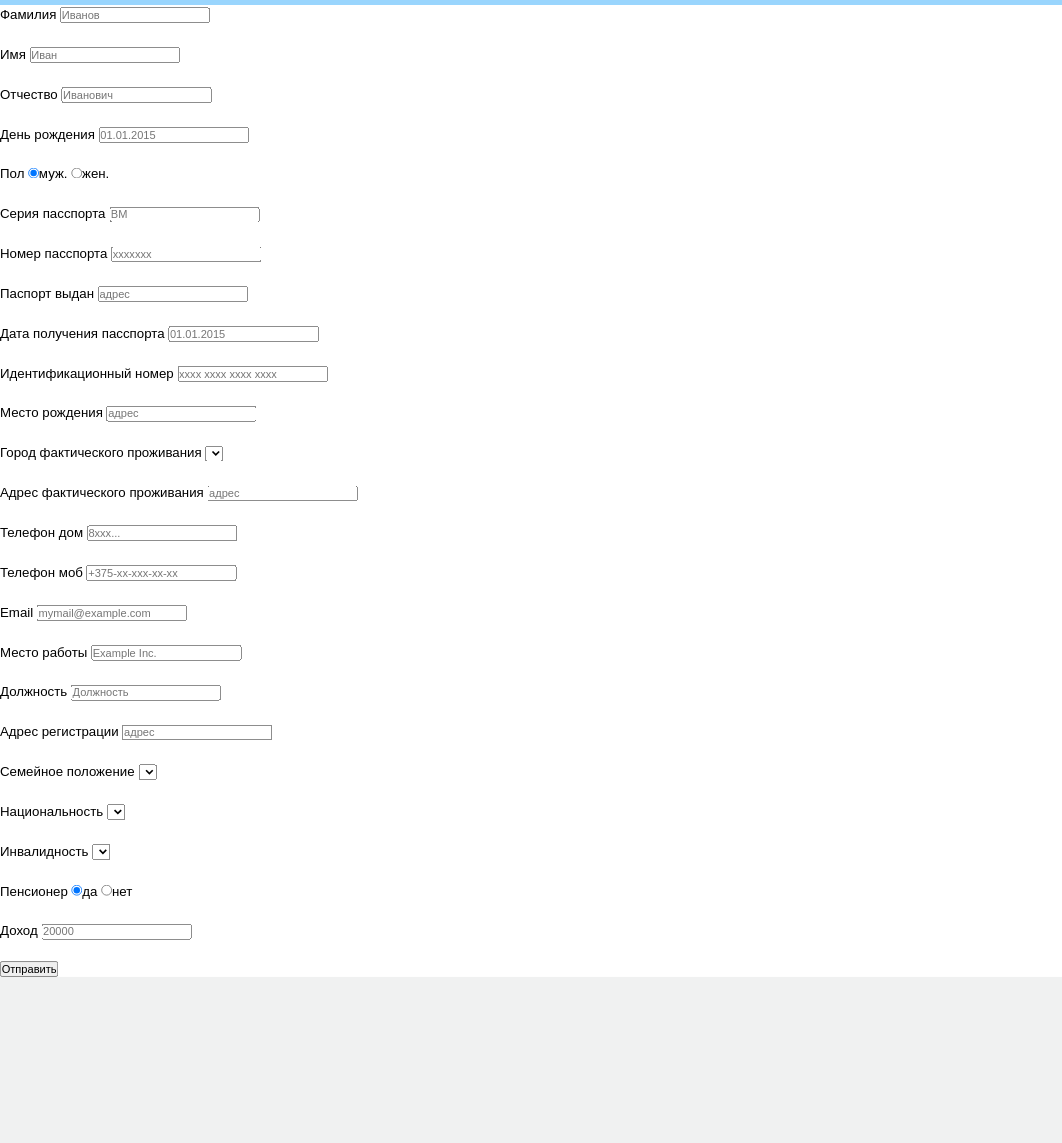
Repository: Westerte/JavaDevelopmentMay2015
Page: http://localhost/bank/jsp/common/edit.jsp
These files come from the project's save history. The page is drawn as it stood at one moment and after a run of saves; the edit follows.
The browser window is 1280 px wide. The pictures show the whole page, at 83% of full size.
The page is served by Tomcat 9. Other server files are loaded and not shown. The template is opened directly, without the code that normally fills it, so the values that code supplies are empty.

Above is the page before, as saved 2015-10-04 09:04:24.

### workspace/bank/WebContent/jsp/common/edit.jsp
<%@ page language="java" contentType="text/html; charset=UTF-8"
    pageEncoding="UTF-8"%>
    <%@ taglib prefix="c" uri="http://java.sun.com/jsp/jstl/core" %>
<%@ taglib prefix="ctg" uri="/WEB-INF/tld/custom.tld" %>
<%@ taglib prefix="fmt" uri="http://java.sun.com/jsp/jstl/fmt" %>
<fmt:setLocale value="${ locale }"/>
<fmt:setBundle basename="resources.messages" var="rb"/>
<fmt:setBundle basename="resources.config" var="configBundle"/>
<!DOCTYPE html PUBLIC "-//W3C//DTD HTML 4.01 Transitional//EN" "http://www.w3.org/TR/html4/loose.dtd">
<html>
<head>
<link type="text/css" rel="stylesheet" href="<c:url value="css/main.css"/>">
<meta http-equiv="Content-Type" content="text/html; charset=UTF-8">
<title>Изменить</title>
</head>
<body>
<div class="container">
		<c:import url="${configBundle.getResourceBundle().handleGetObject('path.sample.header')}"/>
		<form action="Controller" method="post">
			<input type="hidden" name="command" value="edit">
			<input type="hidden" name="id" value="${id}">
			<c:import url="${configBundle.getResourceBundle().handleGetObject('path.sample.input')}"/>
			<!-- Фамилия
			<input type="text" name="secondName" value="Нестеренко" >
			<br><br>
			Имя
			<input type="text" name="firstName" value="Вадим">
			<br><br>
			Отчество
			<input type="text" name="patronimic" value="Николаевич">
			<br><br>
			День рождения
			<input type="text" name="birthday" value="01.04.1995">
			<br><br>
			Пол
			<input type="radio" name="male" checked="checked" value="male" id="male"><label for="male">муж.</label>
			<input type="radio" name="male" value="female" id="female"><label for="female">жен.</label>
			<br><br>
			Серия пасспорта
			<input type="text" name="passportSeria" value="BM">
			<br><br>
			Номер пасспорта
			<input type="text" name="passportNumber" value="1888311">
			<br><br>
			Паспорт выдан
			<input type="text" name="passportPlace" value="Ушачское РОВД Витебской области">
			<br><br>
			Дата получения пасспорта
			<input type="text" name="passportDate" value="01.01.2000" >
			<br><br>
			Идентификационный номер
			<input type="text" name="cid" value="4444 4444 4444 4444" >
			<br><br>
			Место рождения
			<input type="text" name="birthplace" value="Ушачи" >
			<br><br>
			Город фактического проживания
			<select name="currentCity">
			<c:forEach items = "${ cityList }" var="city">
				<option value="${ city.id }" label="${ city.name }"/>
			</c:forEach>
			</select>
			<br><br>
			Адрес фактического проживания
			<input type="text" name="currentAddress" value="ул.Якуба Колоса" >
			<br><br>
			Телефон дом
			<input type="text" name="phoneHome" value="80215821204" >
			<br><br>
			Телефон моб
			<input type="text" name="phoneMobile" value="+375-29-256-07-32" >
			<br><br>
			Email
			<input type="text" name="email" value="westerte@mail.ru" >
			<br><br>
			Место работы
			<input type="text" name="workPlace" value="epam" >
			<br><br>
			Должность
			<input type="text" name="position" value="programmer">
			<br><br>
			Адрес регистрации
			<input type="text" name="registrationAddress" value="г.п Ушачи ул.Садовая 3,5" >
			<br><br>
			Семейное положение
			<select name="martial">
			<c:forEach items = "${ martialList }" var="martial">
				<option value="${ martial.id }" label="${ martial.name }" />
			</c:forEach>
			</select>
			<br><br>
			Национальность
			<select name="nationality">
			<c:forEach items = "${ nationalityList }" var="nationality">
				<option value="${ nationality.id }" label="${ nationality.name }"/>
			</c:forEach>
			</select>
			<br><br>
			Инвалидность
			<select name="disability">
			<c:forEach items = "${ disabilityList }" var="disability">
				<option value="${ disability.id }" label="${ disability.name }"/>
			</c:forEach>
			</select>
			<br><br>
			Пенсионер
			<input type="radio" name="pensioner"  checked="checked"  value="true" id="yes"><label for="yes">да</label>
			<input type="radio" name="pensioner" value="false" id="no"><label for="no">нет</label>
			<br><br>
			Доход
			<input type="text" name="income" value="20000" >
			<br><br>
			<input type="submit" value="Отправить">	-->
		</form>
		<div id="page-buffer"></div>
	</div>
	<c:import url="${configBundle.getResourceBundle().handleGetObject('path.sample.footer')}"/>
</body>
</html>

### workspace/bank/WebContent/jsp/samples/header.jsp
<%@ page language="java" contentType="text/html; charset=UTF-8"
    pageEncoding="UTF-8"%>
<%@ taglib prefix="c" uri="http://java.sun.com/jsp/jstl/core" %>
<%@ taglib prefix="fmt" uri="http://java.sun.com/jsp/jstl/fmt" %>
<%@ taglib prefix="ctg" uri="/WEB-INF/tld/custom.tld" %>
<fmt:setLocale value="${ locale }"/>
<fmt:setBundle basename="resources.messages" var="rb"/>
<!DOCTYPE html PUBLIC "-//W3C//DTD HTML 4.01 Transitional//EN" "http://www.w3.org/TR/html4/loose.dtd">
<html>
<body>
	<header class="clear">
		<div class="container clear">
			<div class="rows clear">
				<div id="logo" class="cols col-3 clear">

				</div>
				<nav class="cols col-6 clear">
				</nav>
				<div class="cols col-3 clear">

				</div>
			</div>
		</div>
	</header>
</body>
</html>

### workspace/bank/WebContent/jsp/samples/input.jsp
<%@ page language="java" contentType="text/html; charset=UTF-8"
    pageEncoding="UTF-8"%>
    <%@ taglib prefix="c" uri="http://java.sun.com/jsp/jstl/core" %>
<%@ taglib prefix="ctg" uri="/WEB-INF/tld/custom.tld" %>
<%@ taglib prefix="fmt" uri="http://java.sun.com/jsp/jstl/fmt" %>
<fmt:setLocale value="${ locale }"/>
<fmt:setBundle basename="resources.messages" var="rb"/>
<fmt:setBundle basename="resources.config" var="configBundle"/>
<fmt:setBundle basename="resources.regexpatterns" var="patternBundle"/>
<!DOCTYPE html PUBLIC "-//W3C//DTD HTML 4.01 Transitional//EN" "http://www.w3.org/TR/html4/loose.dtd">
<html>
<body>
	Фамилия
	<input type="text" name="secondName" value="${secondName}" placeholder="Иванов" pattern="${patternBundle.getResourceBundle().handleGetObject('pattern.onlylitter')}">
	<br><br>
	Имя
	<input type="text" name="firstName" value="${firstName}" placeholder="Иван" pattern="${patternBundle.getResourceBundle().handleGetObject('pattern.onlylitter')}">
	<br><br>
	Отчество
	<input type="text" name="patronimic" value="${patronimic}" placeholder="Иванович" pattern="${patternBundle.getResourceBundle().handleGetObject('pattern.onlylitter')}">
	<br><br>
	День рождения
	<input type="text" name="birthday" value='${birthday}' placeholder="01.01.2015" pattern="${patternBundle.getResourceBundle().handleGetObject('pattern.date')}">
	<br><br>
	Пол
	<input type="radio" name="male" checked="checked" value="male" id="male"><label for="male">муж.</label>
	<input type="radio" name="male" value="female" id="female"><label for="female">жен.</label>
	<br><br>
	Серия пасспорта
	<input type="text" name="passportSeria" value="${passportSeria}" placeholder="BM" required>
	<br><br>
	Номер пасспорта
	<input type="text" name="passportNumber" value="${passportNumber}" placeholder="xxxxxxx" pattern="${patternBundle.getResourceBundle().handleGetObject('pattern.passportNumber')}">
	<br><br>
	Паспорт выдан
	<input type="text" name="passportPlace" value="${passportPlace}" placeholder="адрес" required>
	<br><br>
	Дата получения пасспорта
	<input type="text" name="passportDate" value="${passportDate}" placeholder="01.01.2015" pattern="${patternBundle.getResourceBundle().handleGetObject('pattern.date')}">
	<br><br>
	Идентификационный номер
	<input type="text" name="cid" value="${cid}" placeholder="xxxx xxxx xxxx xxxx" pattern="${patternBundle.getResourceBundle().handleGetObject('pattern.cid')}">
	<br><br>
	Место рождения
	<input type="text" name="birthplace" value="${birthplace}" placeholder="адрес" required>
	<br><br>
	Город фактического проживания
	<select name="currentCity">
	<c:forEach items = "${ cityList }" var="city">
		<option value="${ city.id }" <c:if test="${city.id == currentCity}">selected="selected"</c:if> label="${ city.name }"/>
	</c:forEach>
	</select>
	<br><br>
	Адрес фактического проживания
	<input type="text" name="currentAddress" value="${currentAddress}" placeholder="адрес" required>
	<br><br>
	Телефон дом
	<input type="text" name="phoneHome" value="${phoneHome}" placeholder="8xxx..." pattern="${patternBundle.getResourceBundle().handleGetObject('pattern.home')}">
	<br><br>
	Телефон моб
	<input type="text" name="phoneMobile" value="${phoneMobile}" placeholder="+375-xx-xxx-xx-xx" pattern="${patternBundle.getResourceBundle().handleGetObject('pattern.mobile')}">
	<br><br>
	Email
	<input type="text" name="email" value="${email}" placeholder="mymail@example.com" pattern="${patternBundle.getResourceBundle().handleGetObject('pattern.email')}">
	<br><br>
	Место работы
	<input type="text" name="workPlace" value="${workPlace}" placeholder="Example Inc." required>
	<br><br>
	Должность
	<input type="text" name="position" value="${position}" placeholder="Должность" required>
	<br><br>
	Адрес регистрации
	<input type="text" name="registrationAddress" value="${registrationAddress}" placeholder="адрес" required>
	<br><br>
	Семейное положение
	<select name="martial">
	<c:forEach items = "${ martialList }" var="martialItem">
		<option value="${ martialItem.id }" <c:if test="${martialItem.id == martial}">selected="selected"</c:if> label="${ martialItem.name }" />
	</c:forEach>
	</select>
	<br><br>
	Национальность
	<select name="nationality">
	<c:forEach items = "${ nationalityList }" var="nationalityItem">
		<option value="${ nationalityItem.id }" <c:if test="${nationalityItem.id == nationality}">selected="selected"</c:if> label="${ nationalityItem.name }"/>
	</c:forEach>
	</select>
	<br><br>
	Инвалидность
	<select name="disability">
	<c:forEach items = "${ disabilityList }" var="disabilityItem">
		<option value="${ disabilityItem.id }" <c:if test="${disabilityItem.id == disability}">selected="selected"</c:if> label="${ disabilityItem.name }"/>
	</c:forEach>
	</select>
	<br><br>
	Пенсионер
	<input type="radio" name="pensioner"  checked="checked"  value="true" id="yes"><label for="yes">да</label>
	<input type="radio" name="pensioner" value="false" id="no"><label for="no">нет</label>
	<br><br>
	Доход
	<input type="text" name="income" value="${income}"  placeholder="20000">
	<br><br>
	<input type="submit" value="Отправить">
</body>
</html>

### workspace/bank/WebContent/jsp/samples/footer.jsp
<%@ page language="java" contentType="text/html; charset=UTF-8"
    pageEncoding="UTF-8"%>
<!DOCTYPE html PUBLIC "-//W3C//DTD HTML 4.01 Transitional//EN" "http://www.w3.org/TR/html4/loose.dtd">
<html>
<body>
	<footer>

	</footer>
</body>
</html>

### workspace/bank/WebContent/css/main.css
*{  margin: 0;
	padding: 0;
	-webkit-box-sizing: border-box;
	-moz-box-sizing: border-box;
	box-sizing: border-box;
}

body {
	font: 100%/1.5em Arial, Helvetica ,sans-serif;
	color: #000;
}

html, body {
    height: 100%;
    margin: 0;
    padding: 0;
}

#content {
	heigth: auto;
}

.clear:before,
.clear:after {
	content:  " ";
	display: table;
}
.clear:after {
	clear: both;
}

.container {
    min-height: 100%;
    margin-bottom: -200px;
}
* html .container {
    height: 100%;
}
#page-buffer {
    height: 200px;
}

a {
	text-decoration: none;
	color: #999;
}

a:hover {
	color: black;
}


/*header*/
.rows {
	width: auto;
	background: #99D5FD;
	line-height: 50px;
}

header a {
	color: #fff;
}

.pushed {
	color: black;
}

#logo img {
	max-width: 100%;
	height: auto;
}

#logo {
	margin-top: 6px;
}

#user_name_or_login, #locale_switch{
	display:inline-block;
}

#locale_switch {
	margin-left: 10px;
}

.show_menu {
	font-family: "Helvetica Neue", Helvetica, Arial, sans-serif;
	box-sizing: border-box;
	moz-box-sizing: border-box;
	webkit-box-sizing: border-box;
	padding: 15px 0;
	text-decoration: none;
	color: #fff;
	text-align: center;
	display: none;
}

input[type=checkbox]{
    display: none;
}

input[type=checkbox]:checked ~ #header_menu{
    display: block;
}

#header_menu {
	display: none;
}


.show_menu {
		display: block;
}

#header_menu li {
	margin: 0 0 0 0;
	display: block;
	width: 100%;
	height: auto;
}

/*header*/

/*footer*/

footer {
	width: auto;
    height: 200px;
    background: #f0f1f1;
}


/*footer*/

/*grid*/

.container .cols {
	float: left;
	text-align: center;
}

.container .cols.col-1 ,
.container .cols.col-2 ,
.container .cols.col-3 ,
.container .cols.col-4 ,
.container .cols.col-5 ,
.container .cols.col-6 ,
.container .cols.col-7 ,
.container .cols.col-8 ,
.container .cols.col-9 ,
.container .cols.col-10 ,
.container .cols.col-11 ,
.container .cols.col-12 {width: 100%;}


@media screen and (min-width: 490px) {
	#login_form {
		width: 490px;
		margin: 10% auto;
	}
}

@media screen and (min-width: 630px) {

	#header_menu {
		margin: auto;
		list-style: none;
		width: 70%;
		display: block;
	}

	#header_menu li{
		float: left;
		width: 25%;
	}

	.show_menu {
		display: none;
	}
}

@media screen and (min-width: 1020px) {


	h1 {
		color: #000;
	}
	.container .cols.col-1 {width: 8.333333333%;}
	.container .cols.col-2 {width: 16.66666667%;}
	.container .cols.col-3 {width: 25%;}
	.container .cols.col-4 {width: 33.333333333%;}
	.container .cols.col-5 {width: 41.66666667%;}
	.container .cols.col-6 {width: 50%;}
	.container .cols.col-7 {width: 58.333333333%;}
	.container .cols.col-8 {width: 66.66666667%;}
	.container .cols.col-9 {width: 75%;}
	.container .cols.col-10 {width: 83.333333333%;}
	.container .cols.col-11 {width: 91.66666667%;}
	.container .cols.col-12 {width: 100%;}
}

/*grid*/

/*login form*/

#login_form {
	float: none;
	border: 5px solid #f0f1f1;
	background: #f8f8f8;
	font-family: trebuchet MS;
	font-size: 14px;
}

.input {
	display: block;
	float: none;
	margin: 10px auto;
}

#submit_button {
	height: 32px;
	margin-bottom: 5px;
	background: #999;
	border: 0;
	font-size: 14px;
	color: #fff;
}

#submit_button:hover {
	background: #99D5FD;
}

.fields {
	text-align: left !important;
	padding-left: 30px;
	height: 30px;
	border: 1px solid #CCC;
}

#login_field {
	background: url("../img/login.png") no-repeat 5px #fff;
}

#email_field {
	background: url("../img/email.png") no-repeat 5px #fff;
}

#password_field {
	background: url("../img/lock.png") no-repeat 5px #fff;
}

.status {
	  margin: 0 0 20px 0;
	  height: 45px;
	  line-height: 45px;
	  background: #99D5FD;
	  color: #fff;
	  font-size: 16px;
}

.red {
	background: red;
}

.hiden {
	display: none;
}

.linkable {
	cursor: pointer;
}

table {
	font-size: small;
}
/*login form*/

input[type=text]:valid {
    color: green;
}

/* Unmatched */
input[type=text]:invalid {
    color: red;
}

After the next 2 saves:
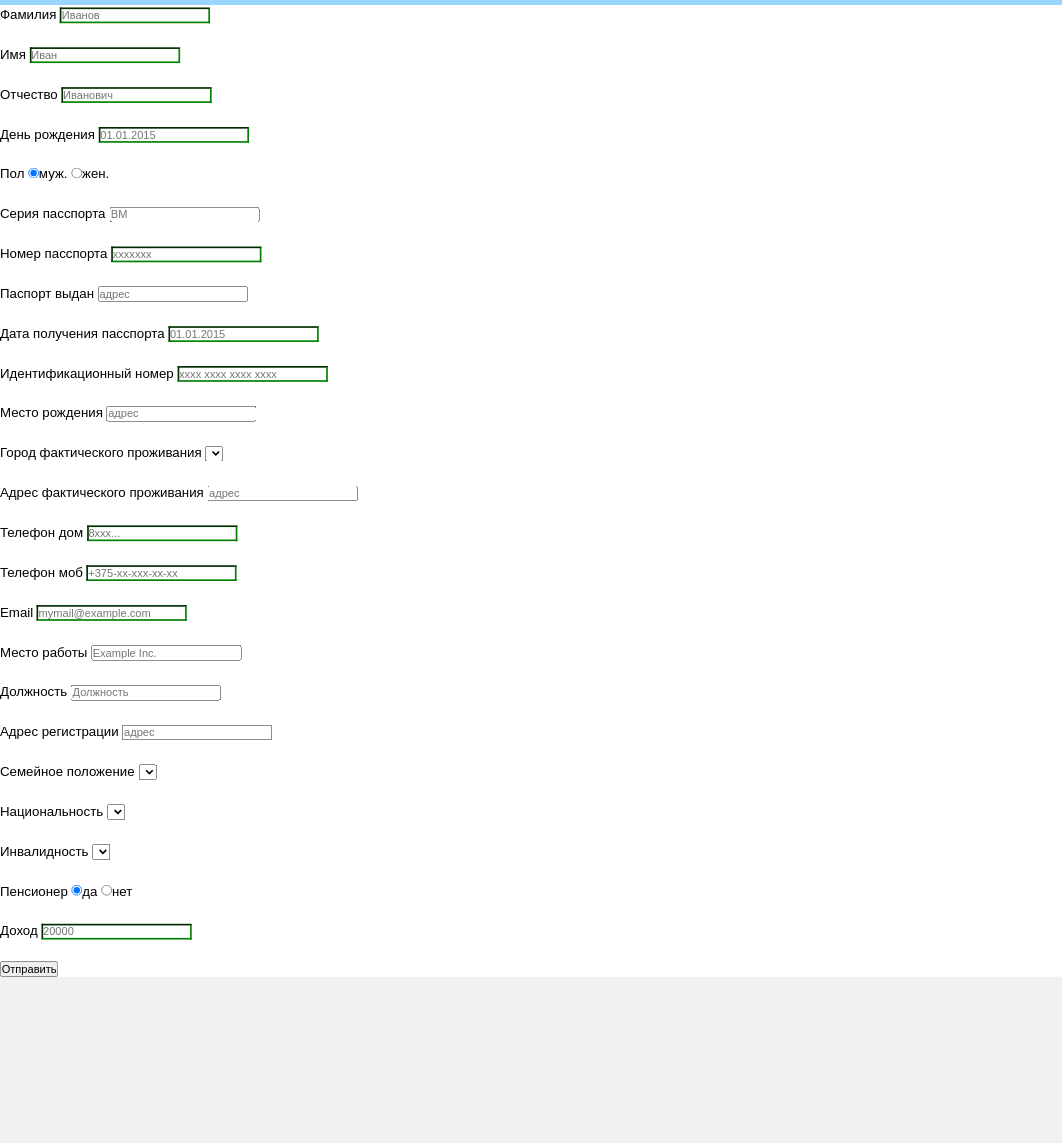
The 2 saves are shown as one change because they came seconds apart.
The last was saved 28 s later.
--- a/workspace/bank/WebContent/css/main.css
+++ b/workspace/bank/WebContent/css/main.css
@@ -275,7 +275,7 @@ table {
 /*login form*/
 
 input[type=text]:valid {
-    color: green;
+	border-color: green;
 }
 
 /* Unmatched */
